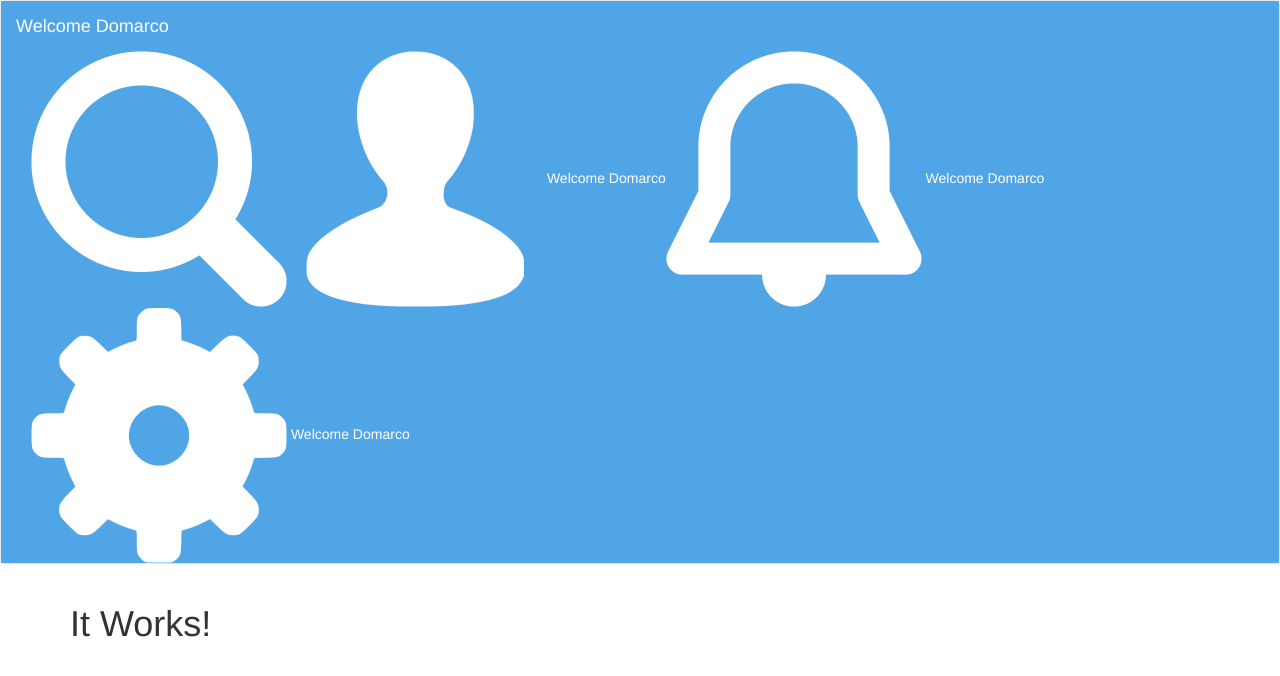
Repository: PrestasiBengis/PBO2-FinalProject
Page: http://localhost/FinalProject_-_Sistem_SKKM/MainFrame.jsp
An editor plug-in stored every save of this project. The page is shown before and after the next save, followed by the edit.
The browser window is 1280 px wide. The pictures show the whole page.
The page is served by Tomcat 9.

Above is the page before, as saved 2015-05-22 10:31:08.

After the next save:
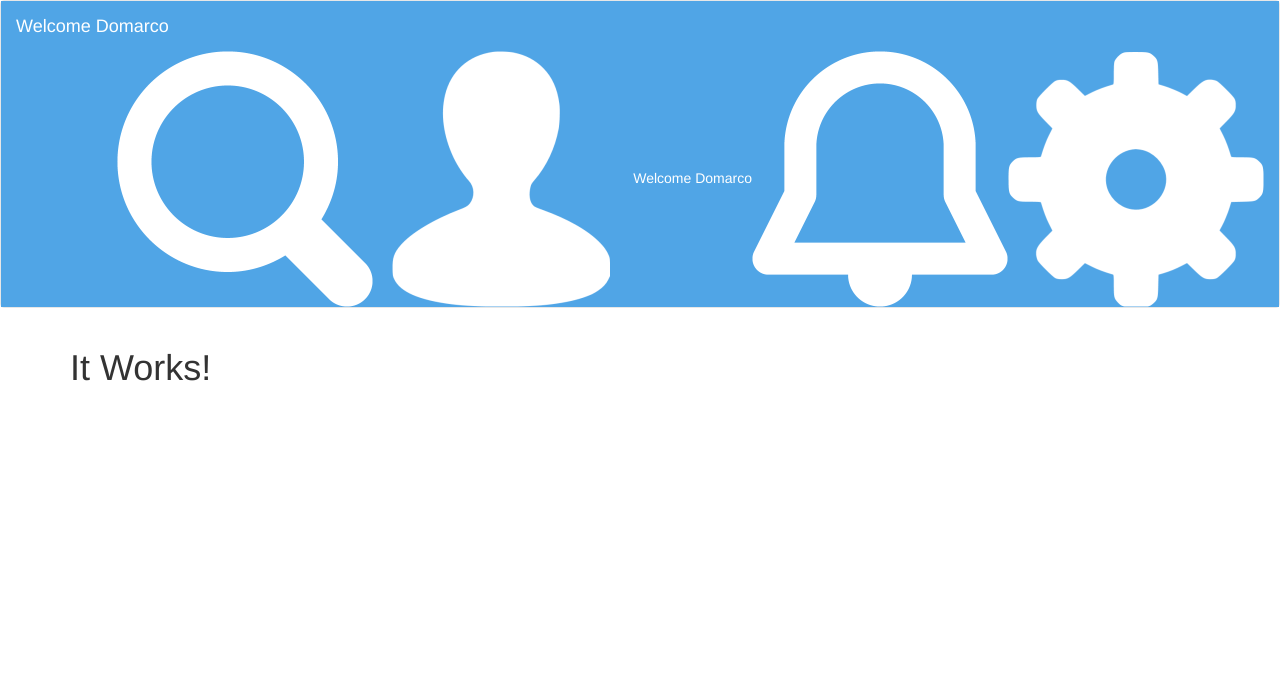
Saved 8 s later.
--- a/FinalProject - Sistem SKKM/WebContent/MainFrame.jsp
+++ b/FinalProject - Sistem SKKM/WebContent/MainFrame.jsp
@@ -67,10 +67,10 @@
 					<img src="./icon/contacts.png"> Welcome Domarco
 				</li>
 				<li>
-					<img src="./icon/bell.png"> Welcome Domarco
+					<img src="./icon/bell.png">
 				</li>
 				<li>
-					<img src="./icon/gear.png"> Welcome Domarco
+					<img src="./icon/gear.png">
 				</li>
 			  </ul>
 			</div><!-- /.navbar-collapse -->
